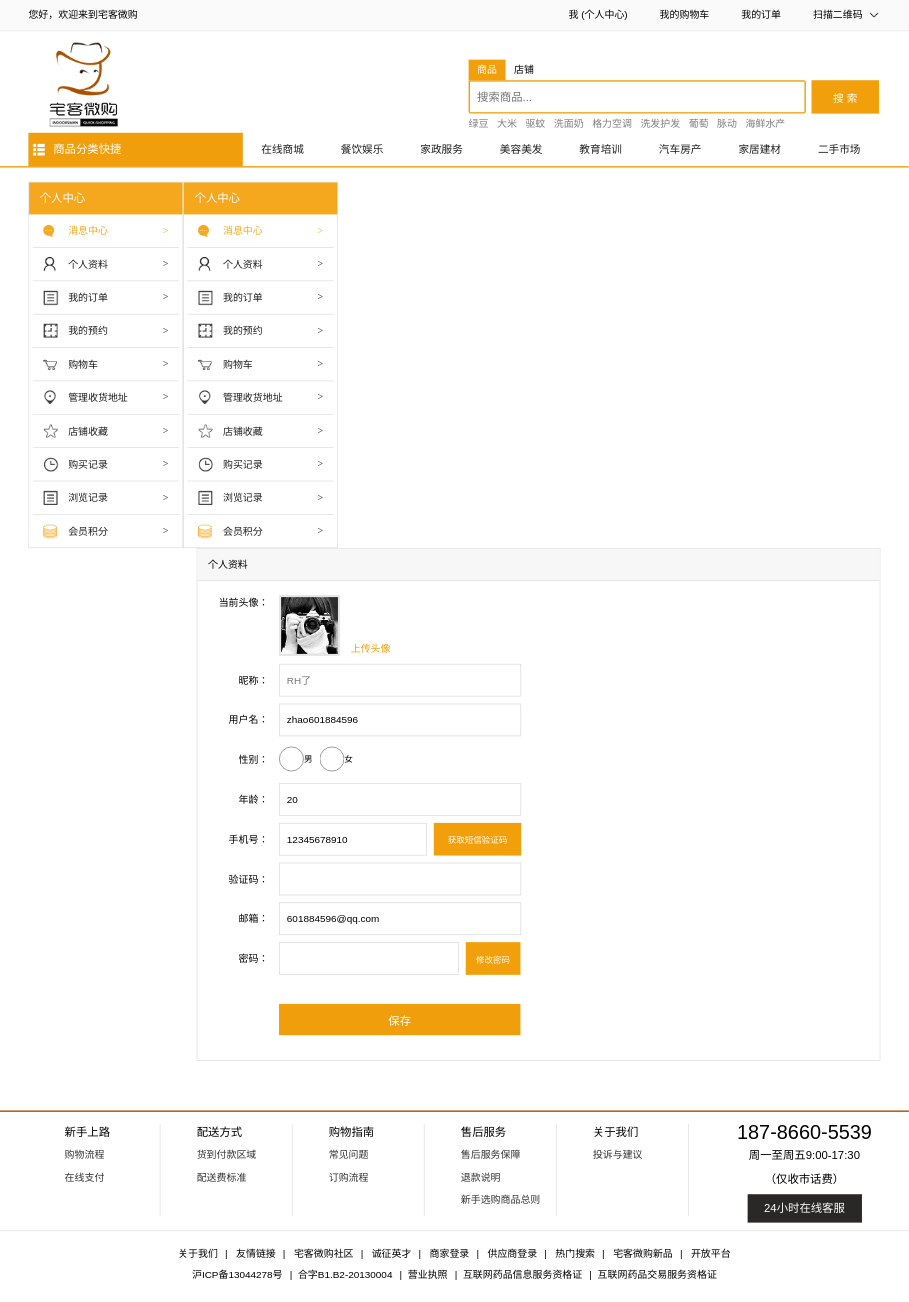
Repository: hucongting/MobliePhoneMall
Page: http://localhost/HelloMall/home/my_personal.jsp
These files come from the project's save history. The page is drawn as it stood at one moment and after the next save; the edit follows.
The browser window is 1280 px wide. The pictures show the whole page, at 71% of full size.
The page is served by Tomcat 9. Nobody is signed in. The application's start-up code is not run.

Above is the page before, as saved 2018-09-01 06:29:51.

After the next save:
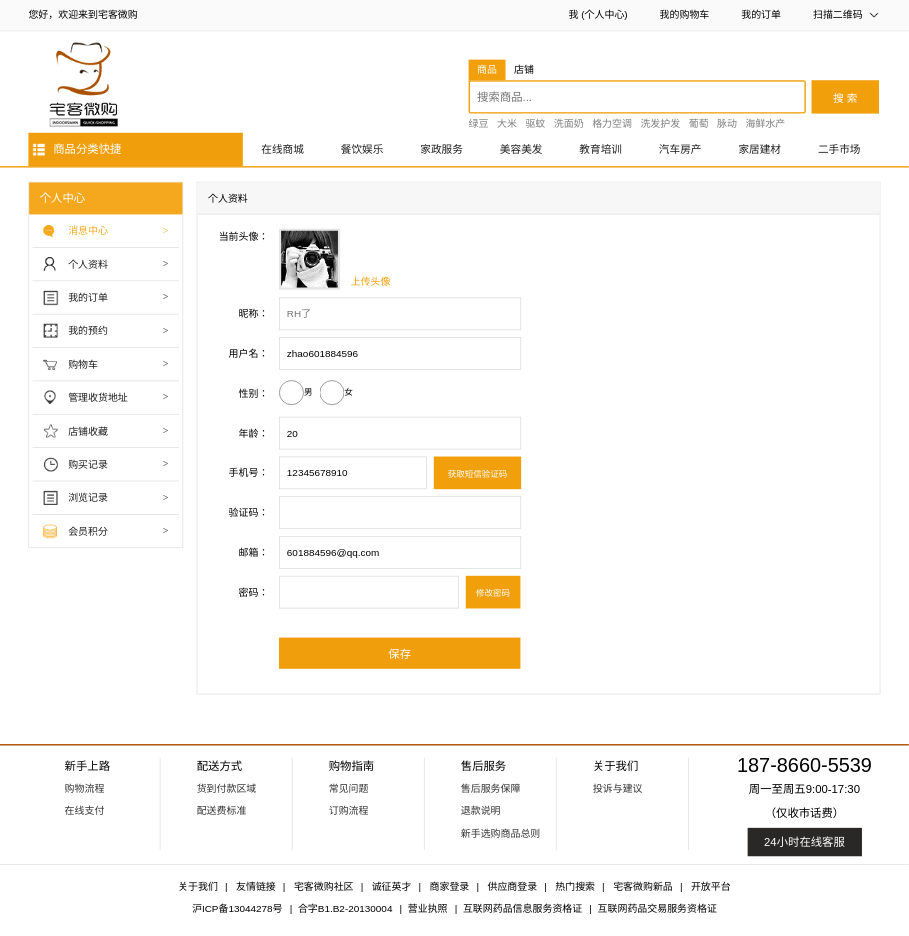
Saved 17 s later.
--- a/HelloMall/src/main/webapp/home/top.jsp
+++ b/HelloMall/src/main/webapp/home/top.jsp
@@ -229,25 +229,6 @@
     </div>
     </div>
 
-    <!--内容开始-->
-    <div class="personal w1200">
-    	<div class="personal-left f-l">
-        	<div class="personal-l-tit">
-            	<h3>个人中心</h3>
-            </div>
-            <ul>
-            	<li class="current-li per-li1"><a href="my_message.html">消息中心<span>></span></a></li>
-            	<li class="per-li2"><a href="my_personal.html">个人资料<span>></span></a></li>
-            	<li class="per-li3"><a href="my_order.html">我的订单<span>></span></a></li>
-            	<li class="per-li4"><a href="my_make.html">我的预约<span>></span></a></li>
-            	<li class="per-li5"><a href="my_cart.html">购物车<span>></span></a></li>
-            	<li class="per-li6"><a href="my_address.html">管理收货地址<span>></span></a></li>
-            	<li class="per-li7"><a href="my_collection.html">店铺收藏<span>></span></a></li>
-            	<li class="per-li8"><a href="buyrecord.html">购买记录<span>></span></a></li>
-            	<li class="per-li9"><a href="lookrecored.html">浏览记录<span>></span></a></li>
-            	<li class="per-li10"><a href="vip_score.html">会员积分<span>></span></a></li>
-            </ul>
-        </div>
-    </div>
+
 </body>
 </html>
